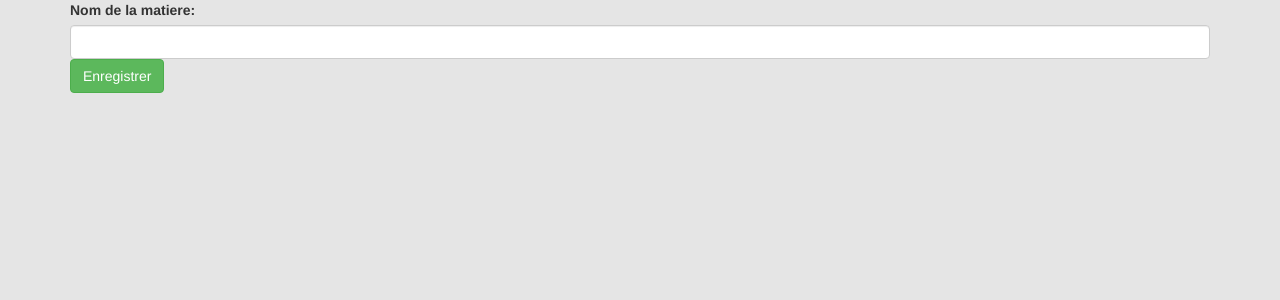
Repository: mitantsoa1/CRUD-note
Page: http://localhost/matiere
An editor plug-in stored every save of this project. The page is shown before and after the next save, followed by the edit.
The browser window is 1280 px wide. The pictures show the whole page.
The page is run by PHP 8.4 with error messages shown; the project is at /var/www/html/. The database holds what the project's SQL file puts in it.

Above is the page before, as saved 2021-02-12 06:01:11.
Console error: SyntaxError: Unexpected token '<'

### index.php
<?php

require_once ("Controls/Controllers.class.php");
// require_once ("Models/Database.class.php");
// Database::init("localhost","stage","root","");

if(isset($_GET['action'])){
    if(method_exists("Controllers",$_GET['action'])){
        $reflect = new ReflectionMethod("Controllers",$_GET['action']);
        $class = "Controllers";
        $reflect -> invoke(new $class);
    }else{
        Controllers::loadView("erreur.php");
    }
}else{
    Controllers::loadView("indexView.php");
}

?>

### Controls/Controllers.class.php
<?php
	class Controllers{

		public static function loadView($page){
			$page = htmlspecialchars(trim($page)) ;
			include("Views/".$page) ;
		}
		public function index(){
			Controllers::loadView("indexView");
		}
		// pour inclure les portions de page
		public static function includeTemplate($template)
		{
			$template = htmlspecialchars(trim($template));
			include "Views/template_parts/" . $template;
		}
		// inclure du JavaScript
		public static function includeJS($fields)
		{
			$script = "";
			for ($i = 0; $i < count($fields) - 1; $i++) {
				$code = htmlspecialchars(trim($fields[$i]));
				$script .= '<script src="Publics/js/' . $code . '.js"></script>' . "\n\t";
			}
			if ($i == count($fields) - 1) {
				$code = htmlspecialchars(trim($fields[count($fields) - 1]));
				$script .= '<script src="Publics/js/' . $code . '.js"></script>' . "\n";
			}
			echo $script;
		}
		// inclure du CSS
		public static function includeCSS($fields)
		{
			$css = "";
			for ($i = 0; $i < count($fields) - 1; $i++) {
				$code = htmlspecialchars(trim($fields[$i]));
				$css .= '<link rel="stylesheet" href="Publics/css/' . $code . '.css">' . "\n\t";
			}
			if ($i == count($fields) - 1) {
				$code = htmlspecialchars(trim($fields[count($fields) - 1]));
				$css .= '<link rel="stylesheet" href="Publics/css/' . $code . '.css">' . "\n";
			}
			echo $css;
		}

		public function note(){
			Controllers::loadView("note.php");
		}
		public function matiere(){
			Controllers::loadView("matiere.php");
		}
	}

 ?>

### Views/matiere.php
<!DOCTYPE html>
<html lang="en">
<head>
    <meta charset="UTF-8">
    <meta http-equiv="X-UA-Compatible" content="IE=edge">
    <meta name="viewport" content="width=device-width, initial-scale=1.0">
    <title>matiere</title>
    <?php
        Controllers::includeCSS(["all","bootstrap.min","sweetalert2.min","style"]);
    ?>
</head>
<body>
    <div class="container content-matiere">
        <form action="">
            <input type="hidden" id="id">


                <label for="">Nom de la matiere:</label>
                <input type="text" class="form-control" id="matiere">

            <a href="#" class="btn btn-success" id="btn_matiere">Enregistrer</a>
        </form>
    </div>


<?php
Controllers::includeJS(["jquery","bootstrap.min","all","sweetalert2.min","main","function"]);
?>
</body>
</html>

### Views/erreur.php
<!DOCTYPE html>
<html lang="fr">
<head>
    <meta charset="UTF-8">
    <meta name="viewport" content="width=device-width, initial-scale=1.0">
    <title>Page invalide</title>
</head>
<body>
    <h1>ERROR 404</h1>

        <p>Cette page n'est pas disponible</p>
</body>
</html>

### Controls/ajax.php
<?php
    include("../Models/Database.class.php");
    header('Content-type: application/json');
    $db = new Database();

    if(isset($_POST['data'])){
        $tab = $db->select("etudiant")
                ->execute();
        echo json_encode($tab);
    }

    if(isset($_POST['nom'])){
        $nom = htmlspecialchars(trim($_POST['nom']));
        $prenom = htmlspecialchars(trim($_POST['prenom']));
        $dtn = htmlspecialchars(trim($_POST['date_naissance']));
        $sexe = $_POST['sexe'];

        $db->insert("etudiant")
            ->parametters(["nom","prenom","date_de_naissance","sexe"])
            ->execute([$nom,$prenom,$dtn,$sexe]);
        echo json_encode("ok");
    }

    if(isset($_POST['id_effacer'])){
        $db->delete("etudiant")
            ->where("id","=")
            ->execute([$_POST['id_effacer']]);
        echo json_encode("effacer");
    }

    if(isset($_POST['id_modifier'])){
        $tab=$db->select("etudiant")
            ->where("id","=")
            ->execute([$_POST['id_modifier']]);
        echo json_encode($tab);
    }
    if(isset($_POST['nom_modif'])){
        $nom = htmlspecialchars(trim($_POST['nom_modif']));
        $prenom = htmlspecialchars(trim($_POST['prenom']));
        $dtn = htmlspecialchars(trim($_POST['date_naissance']));
        $sexe = $_POST['sexe'];

        $db->update("etudiant")
            ->parametters(["nom","prenom","date_de_naissance","sexe"])
            ->execute([$nom,$prenom,$dtn,$sexe]);
        echo json_encode("ok");
    }

    if(isset($_POST['etudiant'])){
        $tab=$db->select("etudiant")
                ->where("id","=")
                ->execute([$_POST['etudiant']]);
        echo json_encode($tab);
    }


?>

### Models/Database.class.php
<?php
class Database{
	private $query,$nombreParam, $lastTable;
	private static $conn,$host,$base,$user,$pass,$port ;
		// bd = new PDO("mysql:host=localhost;dbname=nom","user","pass")
		// initialisation
	public static function init($hote,$base,$port,$user,$pass) {
		self::$host=htmlspecialchars(trim($hote)) ;
		self::$base=htmlspecialchars(trim($base)) ;
		self::$user=htmlspecialchars(trim($user)) ;
		self::$pass=htmlspecialchars(trim($pass)) ;

	}
	public static function db() {
		$options = array(PDO::MYSQL_ATTR_INIT_COMMAND => 'SET NAMES utf8',
);


		$url ="mysql:host=".self::$host.";port=".self::$port.";dbname=".self::$base;
		if(!isset(self::$conn)) {
			self::$conn = new PDO($url,self::$user,self::$pass,$options);
		}
		return self::$conn ;

	}
		// execution du requete
	public function execute($value=null) {

			// tester s'il y des trous dans les requetes
			// si c'est une requete de selection
		if (strpos($this->query,"SELECT")>-1) {

			if (strpos($this->query,"?")>-1 ){
				$req = self::db()->prepare($this->query) ;
				$req->execute($value) ;
			}
			else {
				$req = self::db()->query($this->query) ;
			}


			return $req->fetchAll(PDO::FETCH_OBJ);
		}
		else {
			if (strpos($this->query,"?")>-1 ){
				$req = self::db()->prepare($this->query) ;
				$req->execute($value) ;

			}
			else {
				self::db()->query($this->query) ;
			}


			return 0 ;
		}



	}
	public function getQuery() {
		return $this->query ;
	}
	public function select($table){
		$table=htmlspecialchars(trim($table)) ;
		$this->query = "SELECT * FROM ".$table ;
		$this->lastTable =$table ;
		return $this ;
	}
	public function where($id,$operateur){
		$this->query .= " WHERE ".$id."".$operateur."?";

		return $this ;
	}
	public function et($id,$operateur) {
		$this->query .= " AND ".$id."".$operateur."?";

		return $this ;
	}
	public function ou($id,$operateur) {
		$this->query .= " OR ".$id."".$operateur."?";

		return $this ;
	}
		// insertion
	public function insert($table) {
		$this->query="INSERT INTO ".$table ;
		return $this ;
	}
	// mise à jours
	public function update($table) {
		$this->query="UPDATE ".$table ;
		return $this ;
	}
	public function parametters($fields) {
		if (strpos($this->query,"INSERT")>-1){
			// insertion
			$listeFields="(" ;
			$valeur="VALUES (" ;
			for ($i=0; $i <count($fields) ; $i++) {
				$listeFields.=$fields[$i]."," ;
				$valeur.="?," ;
			}

			$listeFields=trim($listeFields,",").")" ;

			$valeur=trim($valeur,",").")" ;
			$this->query.=" ".$listeFields ;
			$this->query.=" ".$valeur ;
		}
		else if (strpos($this->query,"UPDATE")>-1){
			$listeFields="SET " ;
			for ($i=0; $i <count($fields); $i++) {
				$listeFields.=$fields[$i]."=?," ;
			}
			$listeFields=trim($listeFields,",") ;
			$this->query.=" ".$listeFields ;
		}

		return $this ;
	}

		// suppréssion
	public function delete($table) {
		$table=htmlspecialchars(trim($table)) ;
		$this->query=" DELETE FROM ".$table;
		return $this ;
	}
	public function order($param) {
		$this->query.=" ORDER BY " ;
		$listeOrder="" ;
		foreach ($param as $key => $value) {
			$listeOrder.=$key. " ".$value."," ;
		}
		$listeOrder=trim($listeOrder,",") ;
		$this->query.=$listeOrder ;
		return $this ;
	}
	public function inner($table2,$id1) {
		$table2=htmlspecialchars(trim($table2)) ;
		$id1= htmlspecialchars(trim($id1)) ;

		$this->query.=" INNER JOIN ".$table2." ON ".$this->lastTable.".".$id1."=".$table2.".".$id1 ;
		$this->lastTable=$table2;
		return $this;
	}
	// inner join id différent
	public function innerD($table2,$id1,$id2) {
		$table2=htmlspecialchars(trim($table2)) ;
		$id1= htmlspecialchars(trim($id1)) ;

		$this->query.=" INNER JOIN ".$table2." ON ".$this->lastTable.".".$id1."=".$table2.".".$id2 ;
		$this->lastTable=$table2;
		return $this;
	}
	public function sum($table,$fields) {
		$fields = htmlspecialchars(trim($fields)) ;
		$table = htmlspecialchars(trim($table)) ;
		$this->query="SELECT SUM(".$fields.") AS somme FROM ".$table ;
		return $this ;
	}
	// selection avec paramètre
	public function selectParam($table,$listeFields) {
		$reqBase ="SELECT " ;
		for ($i=0; $i <count($listeFields) ; $i++) {
			$reqBase.=$listeFields[$i]."," ;
		}
		$this->query = trim($reqBase,",")." FROM ".$table;
		return $this ;


	}
	public function customSelect($requete) {
		$req = self::db()->query($requete) ;

		return $req->fetchAll(PDO::FETCH_OBJ);
	}

}
	Database::init("localhost","scolarite","3306","root","");

	//ALTER TABLE `note` ADD `francais` DOUBLE NOT NULL DEFAULT '0.0'
?>

### Publics/css/style.css
body {
    margin: 0;
    padding: 0;
    background: rgba(0, 0, 0, .1);
}

.content {
    width: 50vw;
    min-width: 300px;
    background: white;
    padding: 10px 20px 0 !important;
    margin: 10px auto;
    border: white 1px solid !important;
    border-radius: 10px !important;
}

.content .titre {
    padding: 0;
    margin: 0;
}

.boutton {
    display: block;
    margin: 0 auto;
    width: 100px;
}

#btn_modification {
    margin-left: 30%;
}

.table_etudiant {
    position: relative;
    height: auto;
    max-height: 150px;
    overflow: auto;
}

.table_etudiant thead {
    position: sticky;
    top: 0;
    background: black;
    color: white;
}

### Publics/js/main.js
$(document).ready(function() {
    function selectionAll() {
        $.ajax({
            url: "Controls/ajax.php",
            type: "POST",
            data: "data=data",
            datatype: "json",
            success: function(data) {
                if (data.length > 0) {
                    var table_affichage = "<div class='table_etudiant'> <table class='table table-striped  m-t-10' style='position: relative !important;'><thead style='position: sticky !important;z-index: 1000;'><th>Nom</th><th>Prenom</th><th>Date de naissance</th><th>Sexe</th><th>Actions</th></thead><tbody>";
                    for (var i = 0; i < data.length; i++) {
                        table_affichage = table_affichage + "<tr><td>" + data[i].nom + "</td><td>" + data[i].prenom + "</td><td>" + data[i].date_de_naissance + "</td><td>" + data[i].sexe + "</td><td><a href='#' class=' glyph'  data-toggle='tooltip' data-placement='bottom' title='effacer' onclick='effacer(" + data[i].id + ")'> <i class='fa fa-trash'></i></a><a href='#' class='glyph' data-toggle='tooltip'  data-placement='bottom' title='modifier' onclick='modifier(" + data[i].id + ")'> <i class='fa fa-edit'></i></a>";
                    }
                    table_affichage = table_affichage + "</td></tr></tbody></table></div>";

                    $('.affichage_etudiant').html(table_affichage);
                } else {
                    $('.affichage_etudiant').html("<h3>Il n'y a pas d'etudiant</h3>");
                }

            }
        })
    }
    selectionAll();

    function afficheNote() {
        var etudiant = $("#select_etudiant_note").val();
        $.ajax({
            url: "Controls/ajax.php",
            type: "POST",
            data: "etudiant=" + etudiant,
            datatype: "json",
            success: function(data) {
                if (data.length > 0) {
                    var table_affichage = "<div class='nom_etudiant'><span> " + data[0].nom + " </span><span> " + data[0].prenom + " </span><span> " + data[0].sexe + " </span><span>  " + data[0].date_de_naissance + "</span>";

                    $('.nom').html(table_affichage);
                } else {
                    $('.nom').html("<h3>Il n'y a pas d'etudiant</h3>");
                }

            }
        })
    }
    afficheNote();

    $('#select_etudiant_note').on('change', function() {
        var etudiant = $("#select_etudiant_note").val();
        $.ajax({
            url: "Controls/ajax.php",
            type: "POST",
            data: "etudiant=" + etudiant,
            datatype: "json",
            success: function(data) {
                if (data.length > 0) {
                    afficheNote();
                } else {
                    $('.nom').html("<h3>Il n'y a pas d'etudiant</h3>");
                }

            }
        })
    })

    $('#btn_enregistrer').on('click', function() {
        var $nom = $('#nom').val();
        var $prenom = $('#prenom').val();
        var $dtn = $('#dtn').val();
        var $sexe = $('#sexe').val();

        var data = "nom=" + $nom + "&prenom=" + $prenom + "&date_naissance=" + $dtn + "&sexe=" + $sexe;
        $.ajax({
            url: "Controls/ajax.php",
            type: "POST",
            data: data,
            datatype: "json",
            success: function(data) {
                if (data == "ok") {
                    Swal.fire({
                        position: "center",
                        icon: "success",
                        title: "succes!"
                    });
                    selectionAll();
                    $('#nom').val("");
                    $('#prenom').val("");
                    $('#dtn').val("");
                    $('#sexe').val("");
                }

            }
        })
    })


});

### Publics/js/function.js
function selectionAll() {
    $.ajax({
        url: "Controls/ajax.php",
        type: "POST",
        data: "data=data",
        datatype: "json",
        success: function(data) {
            if (data.length > 0) {
                var table_affichage = "<div class='table_etudiant'> <table class='table table-striped  m-t-10' style='position: relative !important;'><thead style='position: sticky !important;z-index: 1000;'><th>Nom</th><th>Prenom</th><th>Date de naissance</th><th>Sexe</th><th>Actions</th></thead><tbody>";
                for (var i = 0; i < data.length; i++) {
                    table_affichage = table_affichage + "<tr><td>" + data[i].nom + "</td><td>" + data[i].prenom + "</td><td>" + data[i].date_de_naissance + "</td><td>" + data[i].sexe + "</td><td><a href='#' class=' glyph'  data-toggle='tooltip' data-placement='bottom' title='effacer' onclick='effacer(" + data[i].id + ")'> <i class='fa fa-trash'></i></a><a href='#' class='glyph' data-toggle='tooltip'  data-placement='bottom' title='modifier' onclick='modifier(" + data[i].id + ")'> <i class='fa fa-edit'></i></a>";
                }
                table_affichage = table_affichage + "</td></tr></tbody></table></div>";

                $('.affichage_etudiant').html(table_affichage);
            } else {
                $('.affichage_etudiant').html("Il n'y a pas d'etudiant");
            }

        }
    })
}

function effacer(id) {
    $.ajax({
        url: "Controls/ajax.php",
        type: "POST",
        data: "id_effacer=" + id,
        datatype: "json",
        success: function(data) {
            if (data == "effacer") {
                Swal.fire({
                    position: "center",
                    icon: "success",
                    title: "Effacé!"
                });
                selectionAll();
            }

        }
    })
}

function modifier(id) {
    $.ajax({
        url: "Controls/ajax.php",
        type: "POST",
        data: "id_modifier=" + id,
        datatype: "json",
        success: function(data) {
            if (data != "") {
                $('#id').val(data[0].id);
                $('#nom').val(data[0].nom);
                $('#prenom').val(data[0].prenom);
                $('#dtn').val(data[0].date_de_naissance);
                $('#sexe').val(data[0].sexe);

                $('#btn_enregistrer').addClass('hide');
                $('#btn_modification').removeClass('hide');
                $('#btn_annuler').removeClass('hide');
            }

        }
    })
}
$('#btn_modification').on('click', function() {
    var $nom = $('#nom').val();
    var $prenom = $('#prenom').val();
    var $dtn = $('#dtn').val();
    var $sexe = $('#sexe').val();

    var data = "nom_modif=" + $nom + "&prenom=" + $prenom + "&date_naissance=" + $dtn + "&sexe=" + $sexe;
    $.ajax({
        url: "Controls/ajax.php",
        type: "POST",
        data: data,
        datatype: "json",
        success: function(data) {
            if (data == "ok") {
                Swal.fire({
                    position: "center",
                    icon: "success",
                    title: "Modifié!"
                });
                selectionAll();
                $('#nom').val("");
                $('#prenom').val("");
                $('#dtn').val("");
                $('#sexe').val("");

                $('#btn_enregistrer').removeClass('hide');
                $('#btn_modification').addClass('hide');
                $('#btn_annuler').addClass('hide');
            }

        }
    })
})

### scolarite.sql (the tables this page reads)
CREATE TABLE IF NOT EXISTS `etudiant` (
  `id` int(11) NOT NULL AUTO_INCREMENT,
  `nom` varchar(255) NOT NULL,
  `prenom` varchar(255) NOT NULL,
  `date_de_naissance` date NOT NULL,
  `sexe` varchar(30) NOT NULL,
  PRIMARY KEY (`id`)
) ENGINE=MyISAM AUTO_INCREMENT=9 DEFAULT CHARSET=utf8;

INSERT INTO `etudiant` (`id`, `nom`, `prenom`, `date_de_naissance`, `sexe`) VALUES
(5, 'mitantsoa', 'mi', '2021-01-26', 'femme'),
(8, 'rabe', 'be', '2021-01-25', 'femme');

Loaded but not shown: Publics/css/all.css (library); Publics/css/bootstrap.min.css (library); Publics/css/sweetalert2.min.css (library); Publics/js/jquery.js (library); Publics/js/bootstrap.min.js (library)

After the next save:
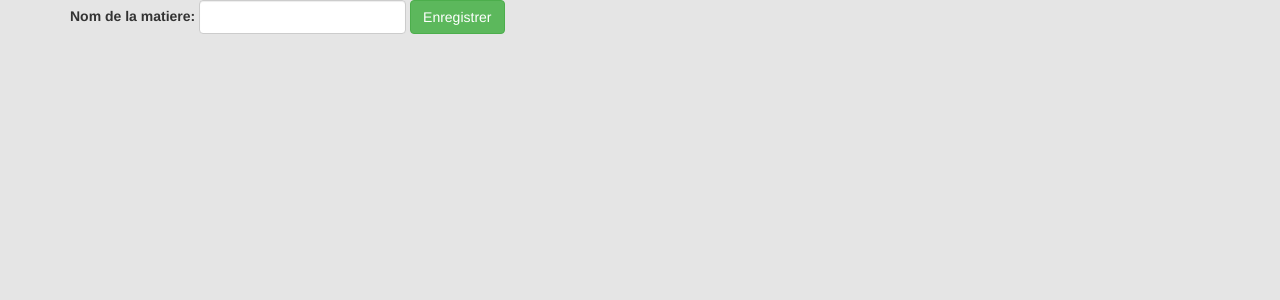
Saved 47 s later.
--- a/Views/matiere.php
+++ b/Views/matiere.php
@@ -11,7 +11,7 @@
 </head>
 <body>
     <div class="container content-matiere">
-        <form action="">
+        <form action="" class="form-inline">
             <input type="hidden" id="id">
 
 
